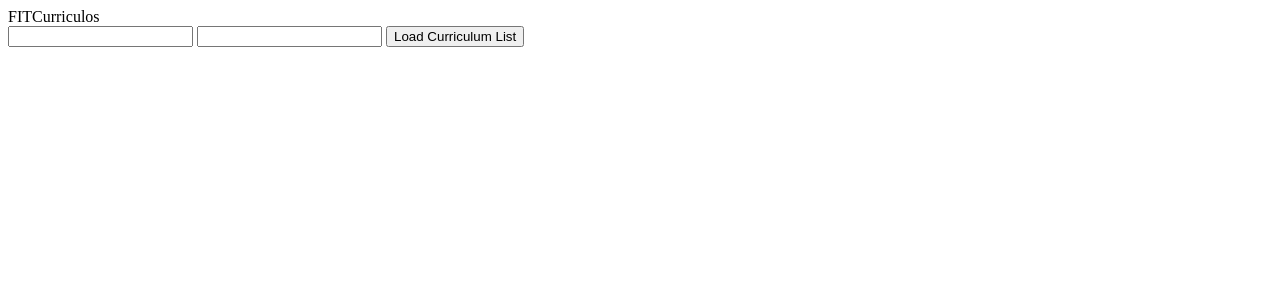
Repository: danielcp10/fitcurriculos
Page: http://localhost/FitCurriculos/Login.jsp
The author's editor kept a copy of each file at every save. The page is drawn from the files as they stood at one save, then again after the next save.
The browser window is 1280 px wide. The pictures show the whole page.
The page is served by Tomcat 9. Other server files are loaded and not shown.

Above is the page before, as saved 2019-11-11 12:24:59.

### FitCurriculos/src/main/webapp/Login.jsp
<%@ page language="java" contentType="text/html; charset=ISO-8859-1"
    pageEncoding="ISO-8859-1"%>
<!DOCTYPE html PUBLIC "-//W3C//DTD HTML 4.01 Transitional//EN" "http://www.w3.org/TR/html4/loose.dtd">
<html>
	<head>
		<meta http-equiv="Content-Type" content="text/html; charset=ISO-8859-1">
		<title>FITCurriculos</title>
	</head>
	<body>
		<form method = "post" action="ShowCurriculum">
			FITCurriculos <br/>

			<input type="text" value = "" name = "Login">
			<input type="text" value = "" name = "Senha">
			<input type="submit" value="Load Curriculum List" />
		</form>
	</body>
</html>

After the next save:
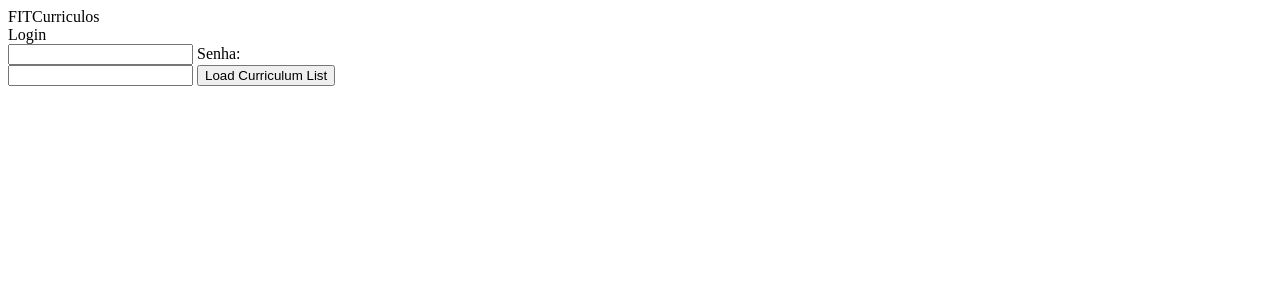
Saved 81 s later.
--- a/FitCurriculos/src/main/webapp/Login.jsp
+++ b/FitCurriculos/src/main/webapp/Login.jsp
@@ -10,7 +10,9 @@
 		<form method = "post" action="ShowCurriculum">
 			FITCurriculos <br/>
 
+			Login <br/>
 			<input type="text" value = "" name = "Login">
+			Senha: <br/>
 			<input type="text" value = "" name = "Senha">
 			<input type="submit" value="Load Curriculum List" />
 		</form>
